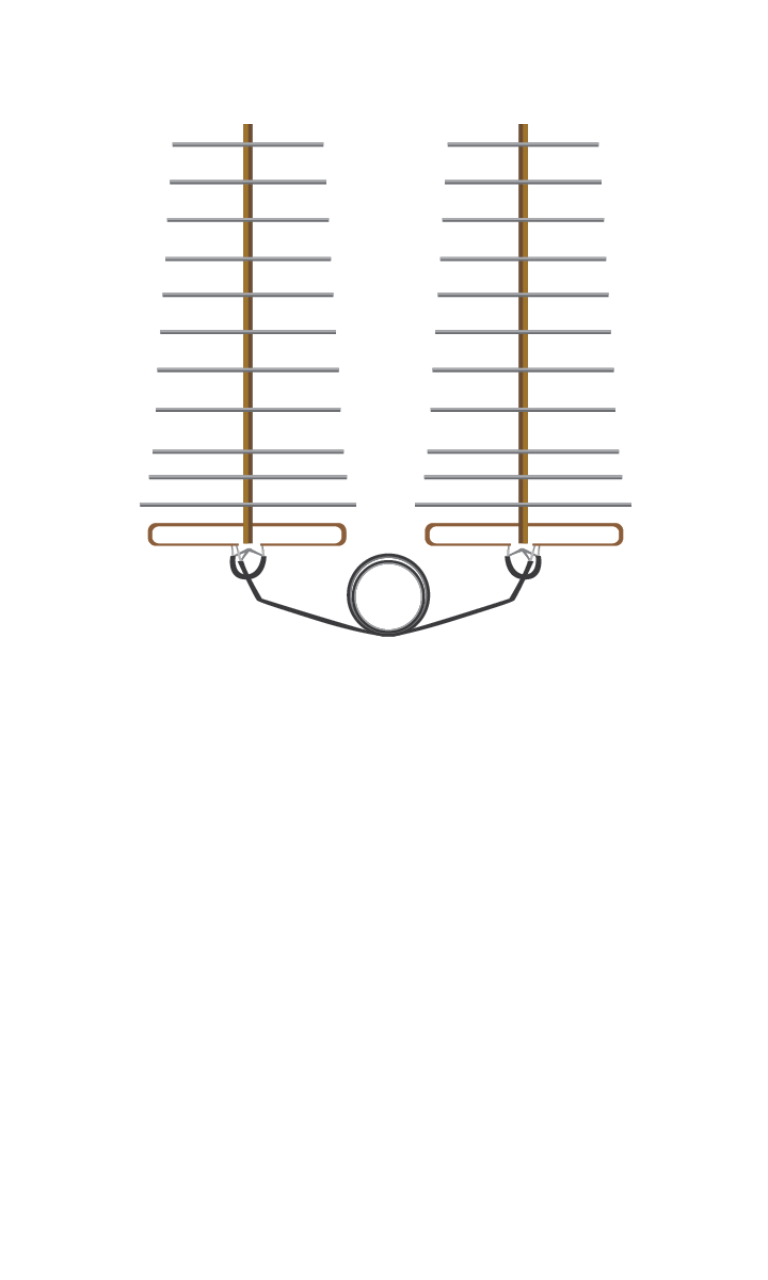
Repository: sbobhate/Android-Applications
Layout: EWBProject/res/layout/fragment_page8.xml
The author's editor kept a copy of each file at every save. The layout is drawn from the files as they stood at one save, then again after the next save.
It is drawn on a 768 x 1280 px phone screen (xhdpi) without system bars, with theme AppTheme; the app's code is not run.

Above is the layout before, as saved 2014-02-22 13:44:00.

### EWBProject/res/layout/fragment_page8.xml
<?xml version="1.0" encoding="utf-8"?>
<RelativeLayout xmlns:android="http://schemas.android.com/apk/res/android"
    android:layout_width="match_parent"
    android:layout_height="match_parent" >

	<ImageView
        android:id="@+id/step7Tutorial"
        android:src="@drawable/step7tutorial"
        android:contentDescription="@string/step7_tutorial"
        android:layout_width="fill_parent"
        android:layout_height="wrap_content"
        android:layout_marginTop="30dp"
        />

    <ImageView
        android:id="@+id/step7"
        android:src="@drawable/step7"
        android:contentDescription="@string/step7"
        android:layout_width="fill_parent"
        android:layout_height="wrap_content"
        android:layout_below="@+id/step6Tutorial"
        android:layout_marginTop="30dp"
        />

</RelativeLayout>

### EWBProject/res/values-v14/styles.xml
<resources>

    <!--
        Base application theme for API 14+. This theme completely replaces
        AppBaseTheme from BOTH res/values/styles.xml and
        res/values-v11/styles.xml on API 14+ devices.
    -->
    <style name="AppBaseTheme" parent="@android:style/Theme.Holo.Light.NoActionBar.Fullscreen">
        <!-- API 14 theme customizations can go here. -->
    </style>

</resources>

### EWBProject/res/values/strings.xml
<?xml version="1.0" encoding="utf-8"?>
<resources>

    <string name="app_name">EWB Project</string>
    <string name="action_settings">Settings</string>
    <string name="hello_world">Hello world!</string>
    <string name="home_header">Home Header</string>
    <string name="instructions">Instructions</string>
    <string name="reader">Reader</string>
    <string name="home_footer">Footer</string>
    <string name="title_activity_about_us">About Us</string>
    <string name="title_activity_instructions">Instructions</string>
    <string name="materials">Materials</string>
    <string name="hello_blank_fragment">Hello blank fragment</string>
    <string name="step1">Step 1</string>
    <string name="step2">Step 2</string>
    <string name="step3">Step 3</string>
    <string name="step4">Step 4</string>
    <string name="step5">Step 5</string>
    <string name="step6">Step 6</string>
    <string name="step7">Step 7</string>
    <string name="step1_tutorial">Step 1 Tutorial</string>
    <string name="step2_tutorial">Step 2 Tutorial</string>
    <string name="step3_tutorial">Step 3 Tutorial</string>
    <string name="step4_tutorial">Step 4 Tutorial</string>
    <string name="step5_tutorial">Step 5 Tutorial</string>
    <string name="step6_tutorial">Step 6 Tutorial</string>
    <string name="step7_tutorial">Step 7 Tutorial</string>
    <string name="blueprint">Blueprint</string>
    <string name="title_activity_reader">Reader</string>
    <string name="title_activity_cdma_visual">CdmaVisual</string>
    <string name="signal_quality">Signal Quality</string>
    <string name="cdma_title">What is CDMA ?</string>
    <string name="description">Code division multiple access (CDMA) is a channel access method used by various radio communication technologies.
CDMA is an example of multiple access, which is where several transmitters can send information simultaneously over a single communication channel. This allows several users to share a band of frequencies (see bandwidth). To permit this to be achieved without undue interference between the users CDMA employs spread-spectrum technology and a special coding scheme (where each transmitter is assigned a code).
CDMA is used as the access method in many mobile phone standards such as cdmaOne, CDMA2000 (the 3G evolution of cdmaOne), and WCDMA (the 3G standard used by GSM carriers), which are often referred to as simply CDMA.</string>
	<string name="about_us">About Us</string>

</resources>

Loaded but not shown: EWBProject/res/values/styles.xml (common file); EWBProject/res/values-v11/styles.xml (common file)

After the next save:
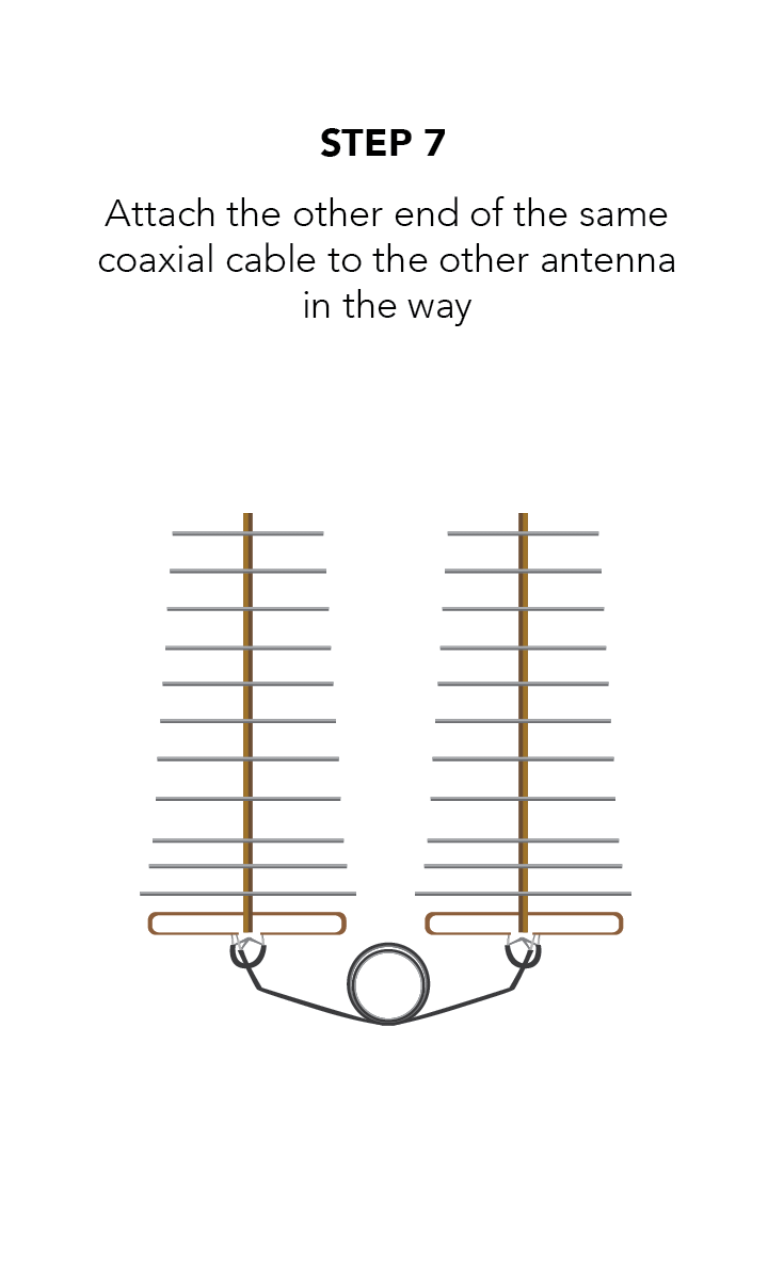
Saved 4 s later.
--- a/EWBProject/res/layout/fragment_page8.xml
+++ b/EWBProject/res/layout/fragment_page8.xml
@@ -18,7 +18,7 @@
         android:contentDescription="@string/step7"
         android:layout_width="fill_parent"
         android:layout_height="wrap_content"
-        android:layout_below="@+id/step6Tutorial"
+        android:layout_below="@+id/step7Tutorial"
         android:layout_marginTop="30dp"
         />
 
